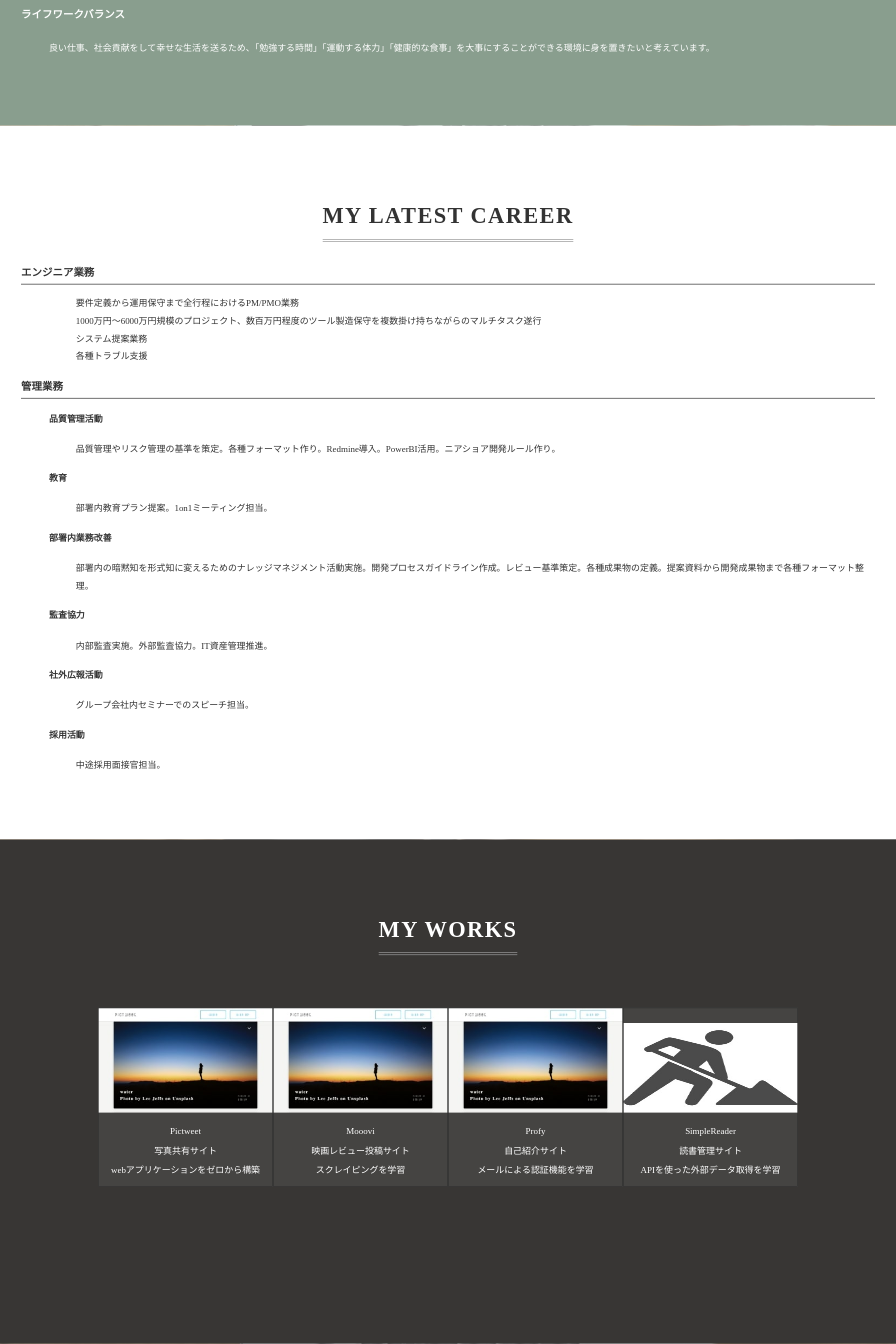
Repository: dackelteckel/myworks
Page: index.html
The author's editor kept a record of every edit. The page is drawn from the files as they stood at one moment, then again after the next edit.
The browser window is 1280 px wide. The pictures show the part of the page from y = 1208 to 3128 px (the page is 3128 px tall), at 70% of full size.
Backgrounds fixed to the window are drawn as part of the page.

Above is the page before.

After the next edit:
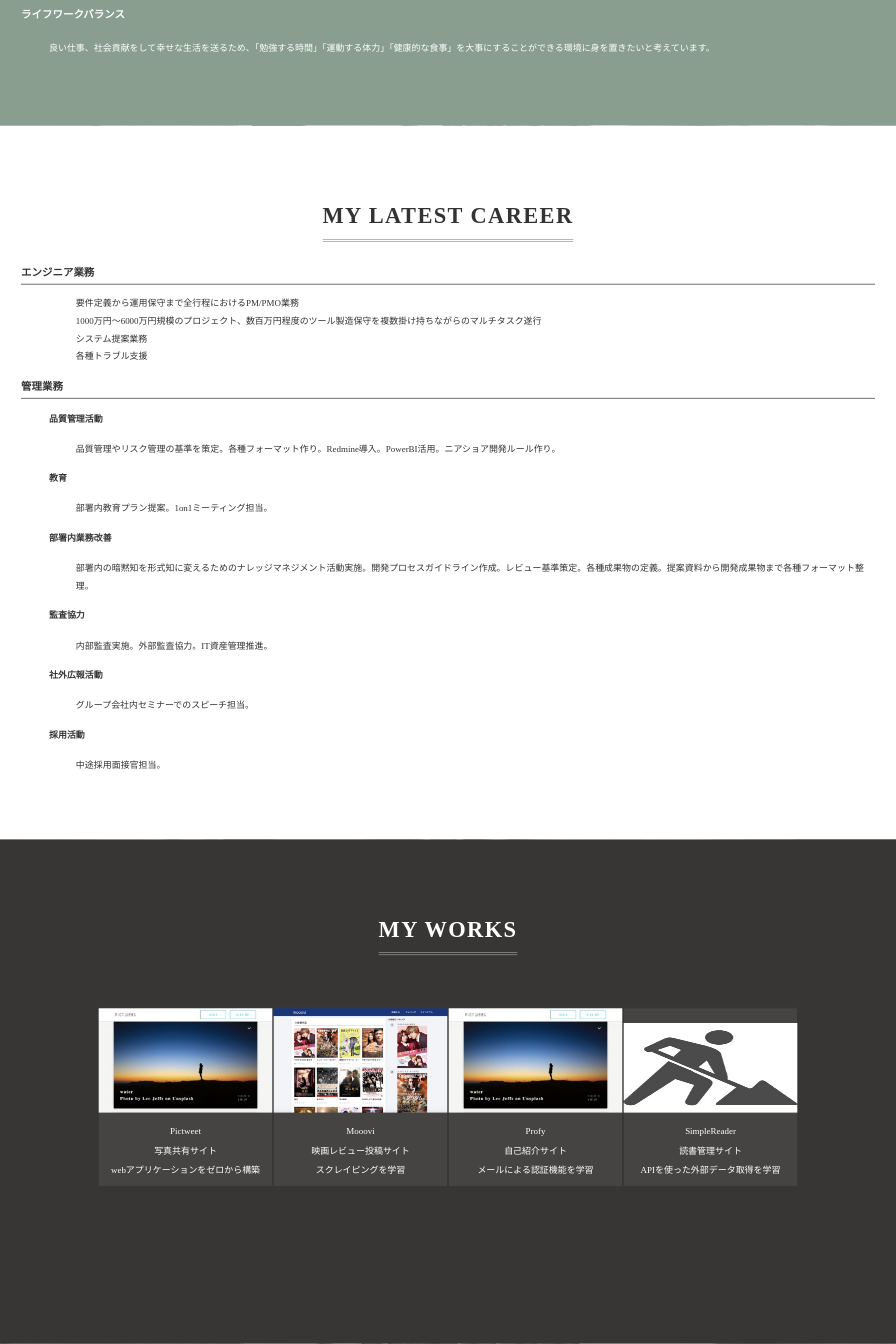
The edit:
--- a/index.html
+++ b/index.html
@@ -134,7 +134,7 @@
       </div>
 
       <div class="work-box">
-        <a href="https://dackelteckelmooovi.herokuapp.com/"><img class="work-image" src="images/pictweet.jpg"></a>
+        <a href="https://dackelteckelmooovi.herokuapp.com/"><img class="work-image" src="images/mooovi.jpg"></a>
         <div class="work-description">
           <p>Mooovi<p>
           <p>映画レビュー投稿サイト</p>
